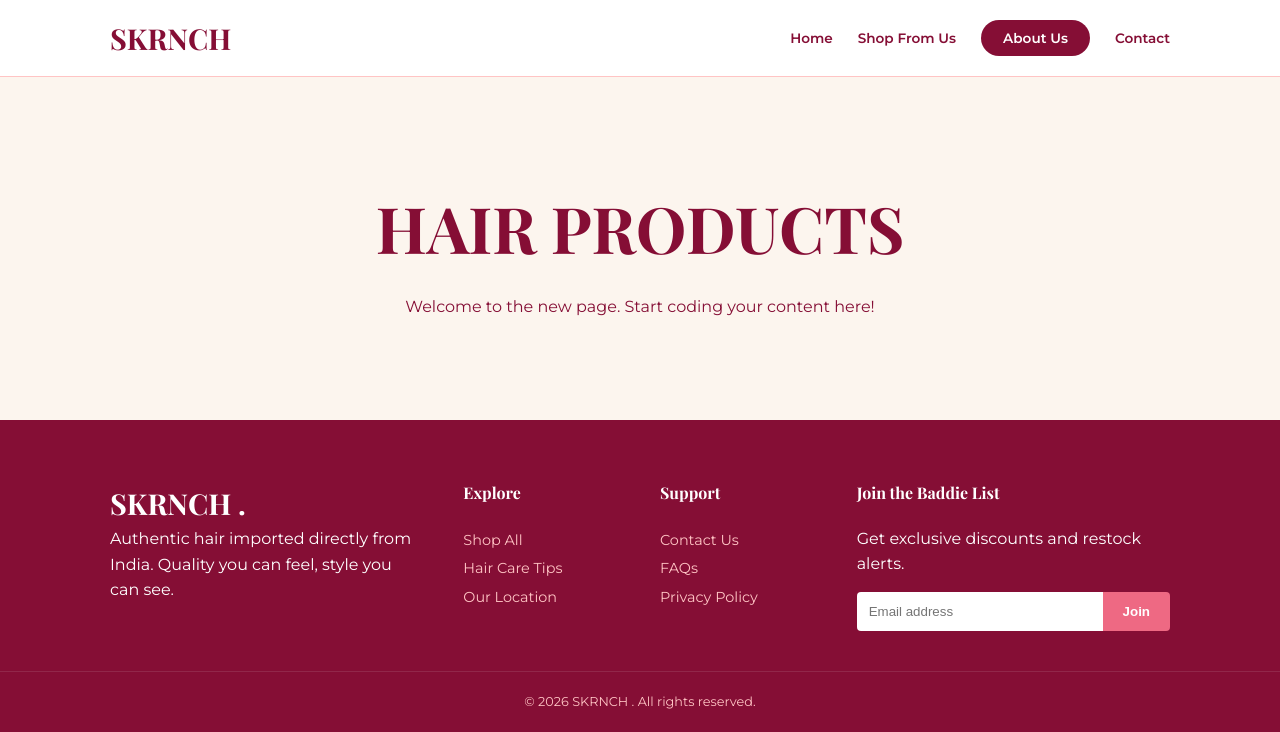
Repository: ndirituart/Portfolio
Page: products/hairproducts.html
These files come from the project's save history. The page is drawn as it stood at one moment and after the next save; the edit follows.
The browser window is 1280 px wide. The pictures show the whole page.
Some web fonts or font styles are not loaded; a fallback is used.

Above is the page before, as saved 2026-02-13 17:52:56.

### products/hairproducts.html
<!DOCTYPE html>
<!DOCTYPE html>
<html lang="en">
<head>
    <meta charset="UTF-8">
    <meta name="viewport" content="width=device-width, initial-scale=1.0">
    <title>SKRNCH | Premium Indian Hair</title>
    <link href="https://fonts.googleapis.com/css2?family=Playfair+Display:ital,wght@0,700;1,700&family=Montserrat:wght@400;600&display=swap" rel="stylesheet">
    <style>
        /* (Insert the CSS from section 2 below) */
    </style>
</head>
<body>

    <header class="main-header">
        <div class="container">
            <div class="logo">SKRNCH</div>
            <nav>
                <ul>
                    <li><a href="index.html">Home</a></li>
                    <li class="dropdown">
                        <a href="shop.html" class="dropbtn">Shop From Us</a>
                        <div class="dropdown-content">
                            <a href="/wigsorextensions.html">Wigs & Hair Extensions</a>
                            <a href="/products/hairaccessories.html">Hair Accessories</a>
                            <a href="/products/hairessentials.html">Hair Essentials</a>
                            <a href="/products/hairproducts.html">Hair Products</a>
                        </div>
                    </li>
                    <li><a href="about.html" class="btn-small">About Us</a></li>
                    <li><a href="contact.html">Contact</a></li>
                </ul>
            </nav>
        </div>
    </header>

    <main class="page-content">
        <div class="container">
            <section style="padding: 100px 0; text-align: center;">
                <h1>HAIR PRODUCTS</h1>
                <p>Welcome to the new page. Start coding your content here!</p>
            </section>
        </div>
    </main>

    <footer class="main-footer">
        <div class="container footer-grid">
            <div class="footer-brand">
                <div class="logo" style="color: white;">SKRNCH <span>.</span></div>
                <p>Authentic hair imported directly from India. Quality you can feel, style you can see.</p>
            </div>
            <div class="footer-links">
                <h4>Explore</h4>
                <ul>
                    <li><a href="shop.html">Shop All</a></li>
                    <li><a href="tips.html">Hair Care Tips</a></li>
                    <li><a href="location.html">Our Location</a></li>
                </ul>
            </div>
            <div class="footer-links">
                <h4>Support</h4>
                <ul>
                    <li><a href="contact.html">Contact Us</a></li>
                    <li><a href="faqs.html">FAQs</a></li>
                    <li><a href="privacy.html">Privacy Policy</a></li>
                </ul>
            </div>
            <div class="footer-contact">
                <h4>Join the Baddie List</h4>
                <p>Get exclusive discounts and restock alerts.</p>
                <div class="input-group">
                    <input type="email" placeholder="Email address">
                    <button>Join</button>
                </div>
            </div>
        </div>
        <div class="footer-bottom">
            <p>&copy; 2026 SKRNCH . All rights reserved.</p>
        </div>
    </footer>
</body>
</html>


<style>
:root {
    --cream: #FCF5EE;
    --pink: #FFC4C4;
    --rose: #EE6983;
    --burgundy: #850E35;
    --max-width: 1100px;
    --heading-font: 'Playfair Display', serif;
    --body-font: 'Montserrat', sans-serif;
}

* {
    margin: 0;
    padding: 0;
    box-sizing: border-box;
}

body {
    background-color: var(--cream);
    color: var(--burgundy);
    line-height: 1.6;
    font-family: var(--body-font);
}

.container {
    max-width: var(--max-width);
    margin: 0 auto;
    padding: 0 20px;
}

/* --- HEADER --- */
.main-header {
    background: white;
    padding: 15px 0;
    position: sticky;
    top: 0;
    z-index: 1000;
    border-bottom: 1px solid var(--pink);
}

/* Add this: This handles the alignment */
.main-header .container {
    display: flex;
    justify-content: space-between; /* Pushes logo left, nav right */
    align-items: center;
}

.logo {
    font-family: var(--heading-font);
    font-size: 1.8rem;
    font-weight: 700;
    color: var(--burgundy);
}

nav ul {
    display: flex;
    list-style: none;
    align-items: center;
    margin: 0; /* Ensures no extra spacing */
    padding: 0;
}

nav ul li {
    margin-left: 25px; /* Spacing between the links */
}

nav ul li a {
    text-decoration: none;
    color: var(--burgundy);
    font-weight: 600;
    font-size: 0.85rem;
    transition: 0.3s;
}

nav ul li a:hover {
    color: var(--rose);
}
.btn-small {
    background: var(--burgundy);
    color: white !important;
    padding: 10px 22px;
    border-radius: 50px;
}

/* Breadcrumbs */
/* --- ROOT VARIABLES (Kept from your original) --- */
:root {
    --cream: #FCF5EE;
    --pink: #FFC4C4;
    --rose: #EE6983;
    --burgundy: #850E35;
    --max-width: 1100px;
    --heading-font: 'Playfair Display', serif;
    --body-font: 'Montserrat', sans-serif;
}

/* ... (Keep your general styles) ... */

/* --- UPDATED DROPDOWN LOGIC --- */
.dropdown {
    position: relative;
    display: inline-block;
}

.dropdown-content {
    display: none; /* Hide by default */
    position: absolute;
    background-color: white;
    min-width: 200px;
    box-shadow: 0px 8px 16px rgba(0,0,0,0.1);
    z-index: 1001;
    border-radius: 8px;
    top: 100%;
    left: 0;
    padding: 10px 0;
    border: 1px solid var(--pink);
}

.dropdown-content a {
    color: var(--burgundy);
    padding: 12px 16px;
    text-decoration: none;
    display: block;
    font-size: 0.85rem;
    transition: 0.3s;
}

.dropdown-content a:hover {
    background-color: var(--cream);
    color: var(--rose);
}

/* Show the dropdown when hovering over the 'li' */
.dropdown:hover .dropdown-content {
    display: block;
}

/* Ensure the header container stays flexed */
.main-header .container {
    display: flex;
    justify-content: space-between;
    align-items: center;
}

/* --- HERO --- */
.hero {
    padding: 80px 0;
    text-align: center;
}

h1 {
    font-family: var(--heading-font);
    font-size: 4rem;
    margin-bottom: 15px;
}

.subtitle {
    font-size: 1.1rem;
    max-width: 700px;
    margin: 0 auto 40px;
    color: var(--rose);
}

.video-container {
    width: 70%;
    margin: 0 auto;
    border-radius: 20px;
    overflow: hidden;
    box-shadow: 0 20px 40px rgba(133, 14, 53, 0.15);
}

video { width: 100%; display: block; }

/* --- MARQUEE SECTION --- */
.media-grid {
    padding: 80px 0;
    background: white;
    overflow: hidden;
}

.section-title {
    text-align: center;
    margin-bottom: 50px;
}

.section-title h2 {
    font-family: var(--heading-font);
    font-size: 2.5rem;
}

.marquee-wrapper {
    width: 100%;
    overflow: hidden;
}

.marquee-content {
    display: flex;
    gap: 30px;
    width: max-content;
    animation: scroll 25s linear infinite;
}

.media-card {
    width: 300px;
    flex-shrink: 0;
    background: var(--cream);
    border-radius: 15px;
    border: 1px solid var(--pink);
    overflow: hidden;
}

.image-wrapper { height: 350px; }
.image-wrapper img { width: 100%; height: 100%; object-fit: cover; }

.card-content {
    padding: 20px;
    text-align: center;
}

.card-content h3 { font-family: var(--heading-font); margin-bottom: 5px; }
.card-content p { font-size: 0.85rem; color: var(--rose); }

@keyframes scroll {
    from { transform: translateX(0); }
    to { transform: translateX(-50%); }
}

/* --- FOOTER --- */
.main-footer {
    background: var(--burgundy);
    color: white;
    padding: 60px 0 20px;
}

.footer-grid {
    display: grid;
    grid-template-columns: 2fr 1fr 1fr 2fr;
    gap: 40px;
}

.footer-links h4, .footer-contact h4 {
    font-family: var(--heading-font);
    margin-bottom: 20px;
}

.footer-links ul { list-style: none; }
.footer-links ul li a { color: var(--pink); text-decoration: none; font-size: 0.9rem; line-height: 2; }

.input-group { display: flex; margin-top: 15px; }
.input-group input { padding: 12px; border-radius: 4px 0 0 4px; border: none; flex: 1; }
.input-group button { padding: 10px 20px; background: var(--rose); border: none; color: white; border-radius: 0 4px 4px 0; cursor: pointer; font-weight: 600; }

.footer-bottom { text-align: center; margin-top: 40px; font-size: 0.8rem; color: var(--pink); border-top: 1px solid rgba(255,255,255,0.1); padding-top: 20px;}

@media (max-width: 768px) {
    .video-container { width: 95%; }
    h1 { font-size: 2.5rem; }
    .footer-grid { grid-template-columns: 1fr; }
}
</style>

After the next save:
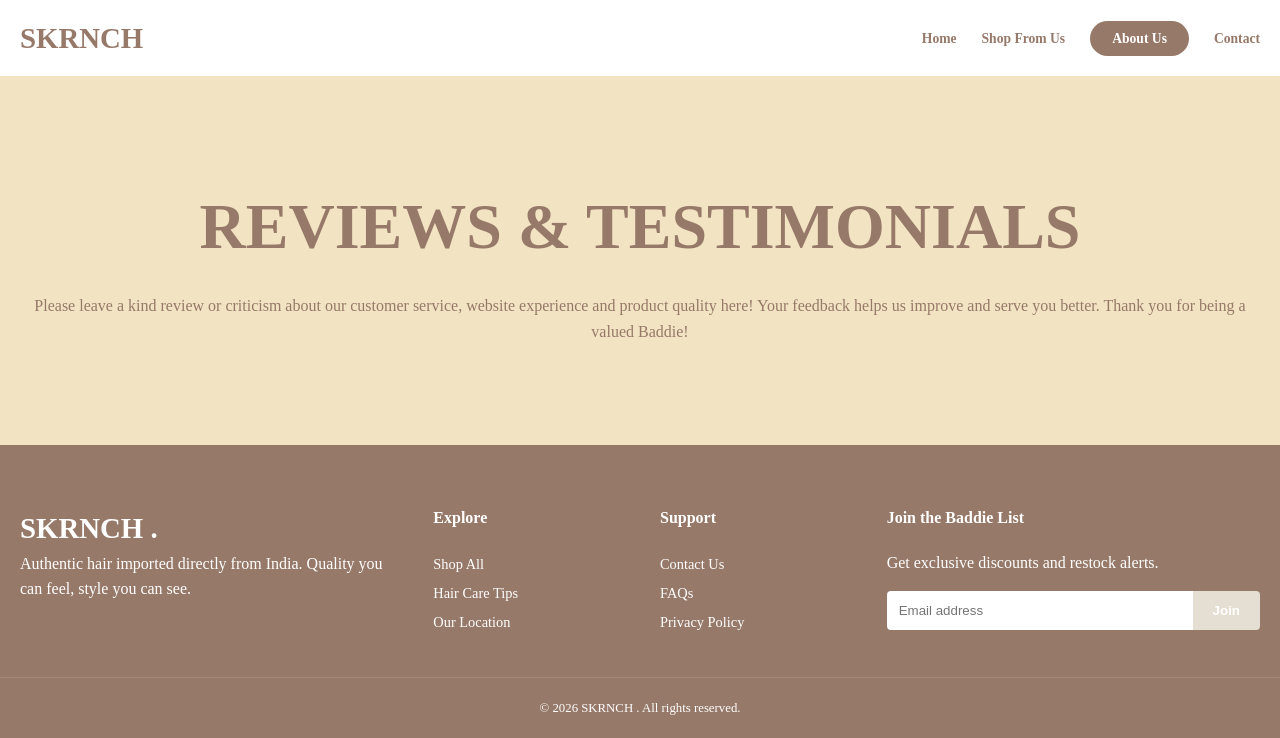
Saved 27 s later.
--- a/products/hairproducts.html
+++ b/products/hairproducts.html
@@ -21,10 +21,10 @@
                     <li class="dropdown">
                         <a href="shop.html" class="dropbtn">Shop From Us</a>
                         <div class="dropdown-content">
-                            <a href="/wigsorextensions.html">Wigs & Hair Extensions</a>
-                            <a href="/products/hairaccessories.html">Hair Accessories</a>
-                            <a href="/products/hairessentials.html">Hair Essentials</a>
-                            <a href="/products/hairproducts.html">Hair Products</a>
+                            <a href="wigs.html">Wigs & Hair Extensions</a>
+                            <a href="accessories.html">Hair Accessories</a>
+                            <a href="essentials.html">Hair Essentials</a>
+                            <a href="products.html">Hair Products</a>
                         </div>
                     </li>
                     <li><a href="about.html" class="btn-small">About Us</a></li>
@@ -37,8 +37,10 @@
     <main class="page-content">
         <div class="container">
             <section style="padding: 100px 0; text-align: center;">
-                <h1>HAIR PRODUCTS</h1>
-                <p>Welcome to the new page. Start coding your content here!</p>
+                <h1>REVIEWS & TESTIMONIALS</h1>
+                <p>Please leave a kind review or criticism about our customer service, website experience and product quality here!
+                    Your feedback helps us improve and serve you better. Thank you for being a valued Baddie!
+                </p>
             </section>
         </div>
     </main>
@@ -84,14 +86,9 @@
 
 <style>
 :root {
-    --cream: #FCF5EE;
-    --pink: #FFC4C4;
-    --rose: #EE6983;
-    --burgundy: #850E35;
-    --max-width: 1100px;
-    --heading-font: 'Playfair Display', serif;
-    --body-font: 'Montserrat', sans-serif;
-}
+            --cream: #F2E3C2; --sand: #E5DED2; --bronze: #A67C52;
+            --gold-leaf: #C5B081; --deep-cocoa: #967969; --white: #ffffff;
+        }
 
 * {
     margin: 0;
@@ -101,7 +98,7 @@
 
 body {
     background-color: var(--cream);
-    color: var(--burgundy);
+    color: var(--deep-cocoa);
     line-height: 1.6;
     font-family: var(--body-font);
 }
@@ -133,7 +130,7 @@
     font-family: var(--heading-font);
     font-size: 1.8rem;
     font-weight: 700;
-    color: var(--burgundy);
+    color: var(--deep-cocoa);
 }
 
 nav ul {
@@ -150,35 +147,22 @@
 
 nav ul li a {
     text-decoration: none;
-    color: var(--burgundy);
+    color: var(--deep-cocoa);
     font-weight: 600;
     font-size: 0.85rem;
     transition: 0.3s;
 }
 
 nav ul li a:hover {
-    color: var(--rose);
+    color: var(--sand);
 }
 .btn-small {
-    background: var(--burgundy);
+    background: var(--deep-cocoa);
     color: white !important;
     padding: 10px 22px;
     border-radius: 50px;
 }
 
-/* Breadcrumbs */
-/* --- ROOT VARIABLES (Kept from your original) --- */
-:root {
-    --cream: #FCF5EE;
-    --pink: #FFC4C4;
-    --rose: #EE6983;
-    --burgundy: #850E35;
-    --max-width: 1100px;
-    --heading-font: 'Playfair Display', serif;
-    --body-font: 'Montserrat', sans-serif;
-}
-
-/* ... (Keep your general styles) ... */
 
 /* --- UPDATED DROPDOWN LOGIC --- */
 .dropdown {
@@ -201,7 +185,7 @@
 }
 
 .dropdown-content a {
-    color: var(--burgundy);
+    color: var(--deep-cocoa);
     padding: 12px 16px;
     text-decoration: none;
     display: block;
@@ -211,7 +195,7 @@
 
 .dropdown-content a:hover {
     background-color: var(--cream);
-    color: var(--rose);
+    color: var(--sand);
 }
 
 /* Show the dropdown when hovering over the 'li' */
@@ -242,7 +226,7 @@
     font-size: 1.1rem;
     max-width: 700px;
     margin: 0 auto 40px;
-    color: var(--rose);
+    color: var(--sand);
 }
 
 .video-container {
@@ -302,7 +286,7 @@
 }
 
 .card-content h3 { font-family: var(--heading-font); margin-bottom: 5px; }
-.card-content p { font-size: 0.85rem; color: var(--rose); }
+.card-content p { font-size: 0.85rem; color: var(--sand); }
 
 @keyframes scroll {
     from { transform: translateX(0); }
@@ -311,7 +295,7 @@
 
 /* --- FOOTER --- */
 .main-footer {
-    background: var(--burgundy);
+    background: var(--deep-cocoa);
     color: white;
     padding: 60px 0 20px;
 }
@@ -332,7 +316,7 @@
 
 .input-group { display: flex; margin-top: 15px; }
 .input-group input { padding: 12px; border-radius: 4px 0 0 4px; border: none; flex: 1; }
-.input-group button { padding: 10px 20px; background: var(--rose); border: none; color: white; border-radius: 0 4px 4px 0; cursor: pointer; font-weight: 600; }
+.input-group button { padding: 10px 20px; background: var(--sand); border: none; color: white; border-radius: 0 4px 4px 0; cursor: pointer; font-weight: 600; }
 
 .footer-bottom { text-align: center; margin-top: 40px; font-size: 0.8rem; color: var(--pink); border-top: 1px solid rgba(255,255,255,0.1); padding-top: 20px;}
 
